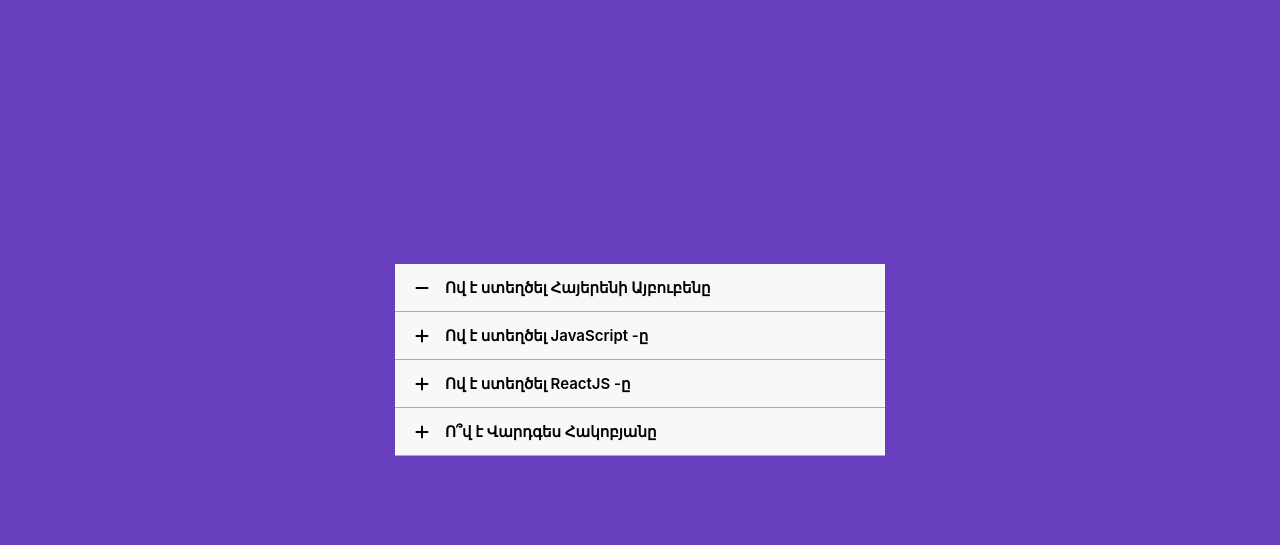
Repository: vardgeshakobyann/Accordion-ReactJS
Page: /, after clicking the first element matching `div.header`
These files come from the project's save history. The page is drawn as it stood at one moment and after the next save; the edit follows.
The browser window is 1280 px wide. The pictures show the whole page.
The project was rebuilt for these pictures with package versions that can differ from the ones it lists, and the page was loaded fresh each time.

Above is the page before, as saved 2025-06-11 09:47:23.

After the next save:
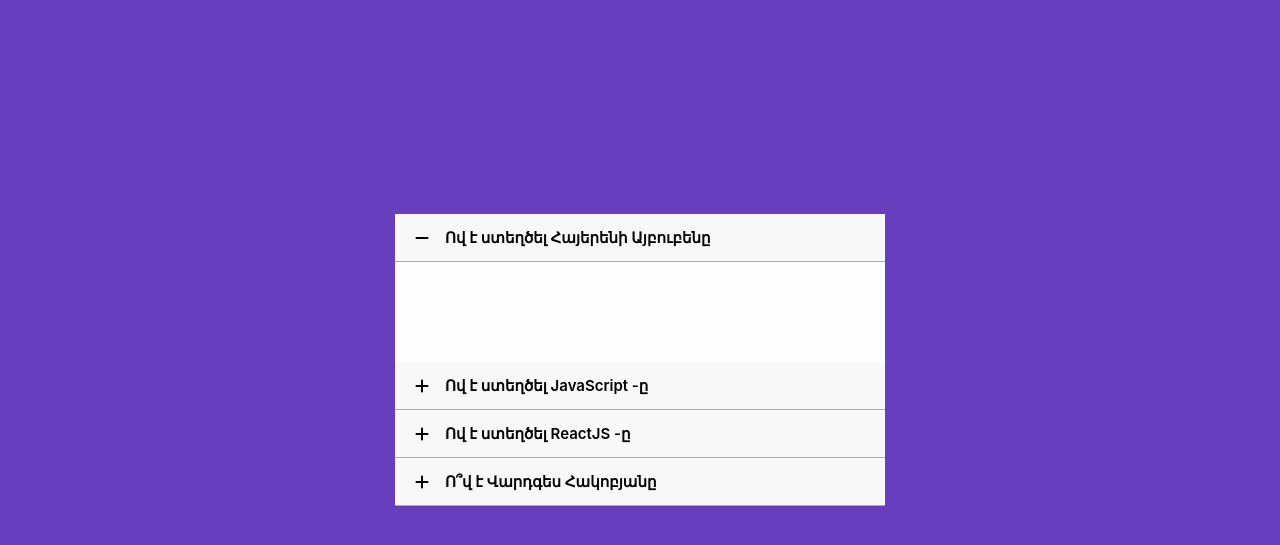
Saved 13 s later.
--- a/src/components/AccordionItem/accordionItem.css
+++ b/src/components/AccordionItem/accordionItem.css
@@ -39,4 +39,6 @@
 
 .accordionItem .bottom.active {
     display: block;
+    min-height: 100px;
+    padding: 10px;
 }
